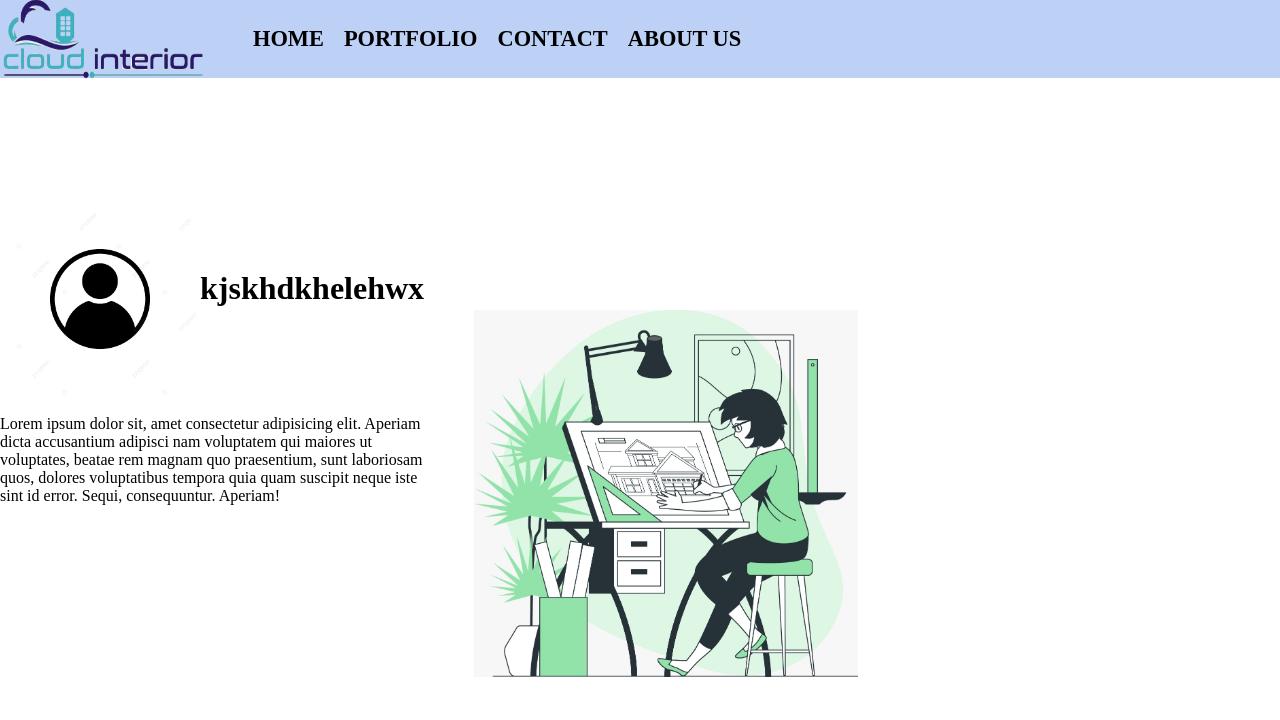
Repository: Ganavid/ganavidgowda.github.io
Page: cloud interior/about.html
The author's editor kept a copy of each file at every save. The page is drawn from the files as they stood at one save, then again after the next save.
The browser window is 1280 px wide. The pictures show the whole page.

Above is the page before, as saved 2023-03-04 13:02:17.

After the next save:
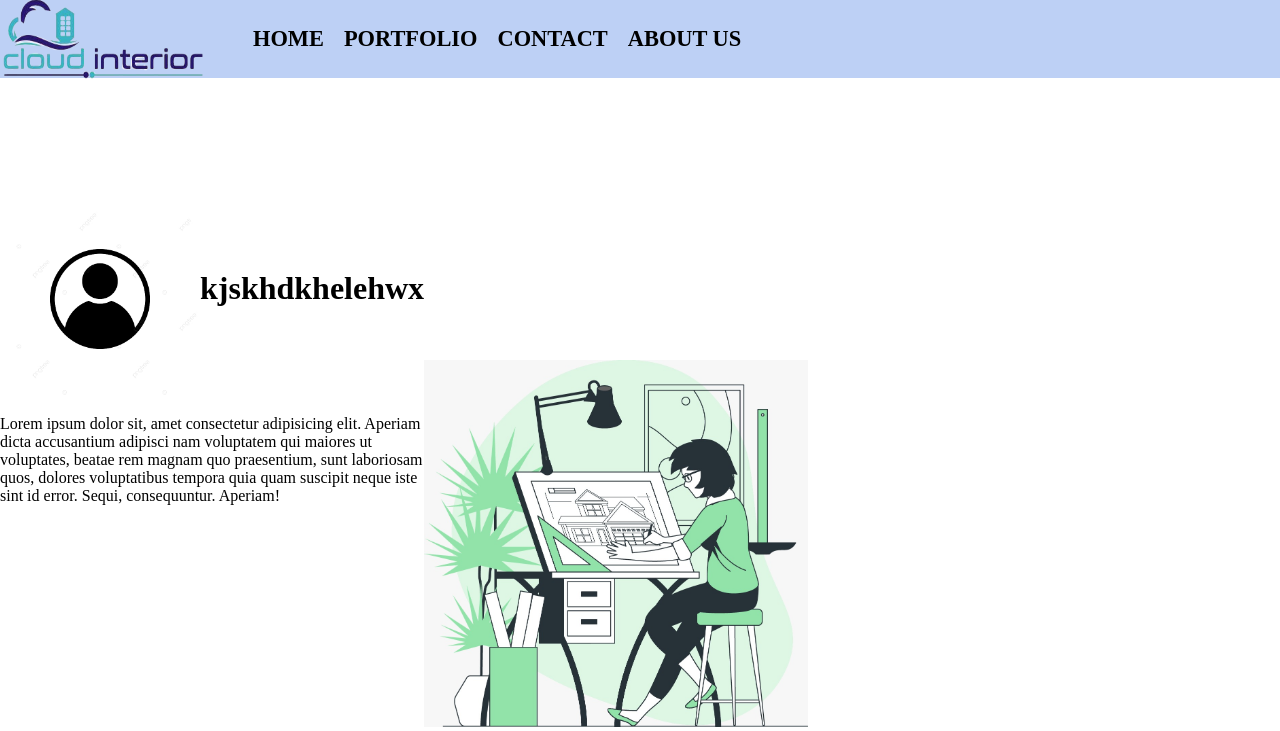
Saved 9 s later.
--- a/cloud interior/about.css
+++ b/cloud interior/about.css
@@ -91,7 +91,7 @@
 #subcontainer {
 
     height: 50%;
-    margin: 50px;
+    /* margin: 50px; */
     /* width: 60%; */
     margin-top: 0%;
     align-self: flex-end;

After the 2 saves that followed:
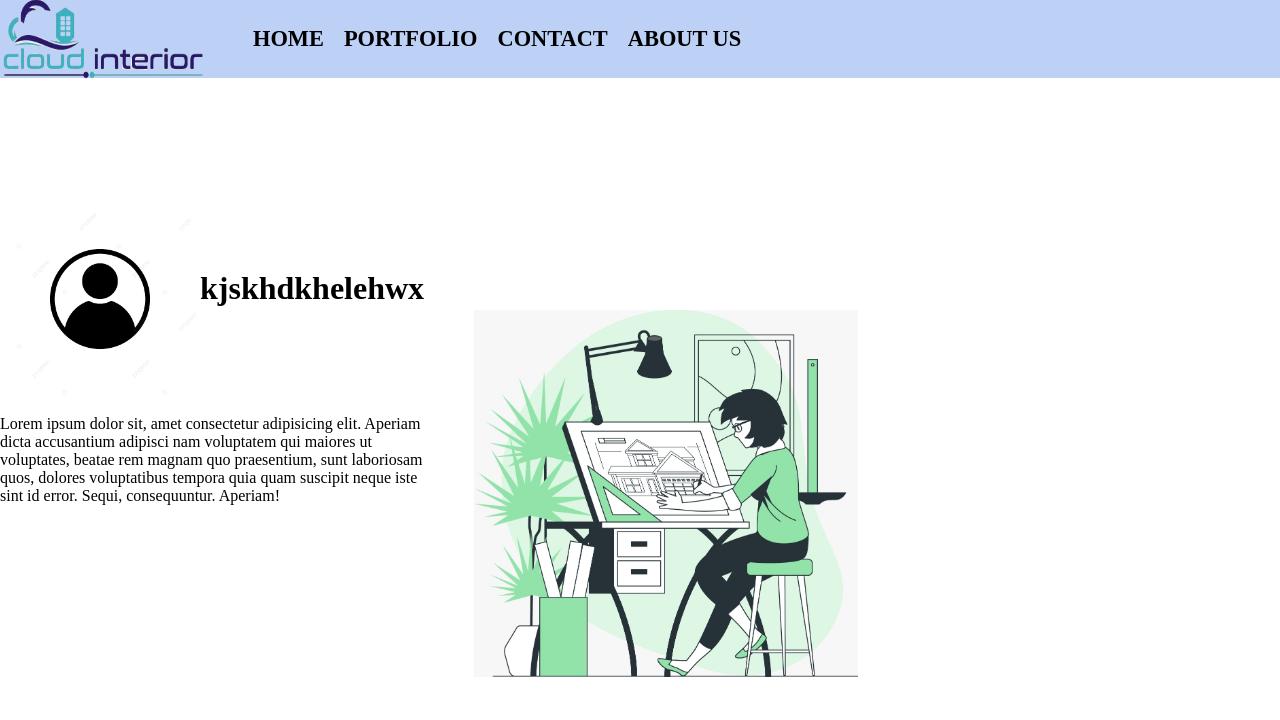
The 2 saves are shown as one change because they came seconds apart.
The last was saved 9 s later.
--- a/cloud interior/about.css
+++ b/cloud interior/about.css
@@ -91,8 +91,9 @@
 #subcontainer {
 
     height: 50%;
-    /* margin: 50px; */
+    margin: 50px;
     /* width: 60%; */
+
     margin-top: 0%;
     align-self: flex-end;
 }
